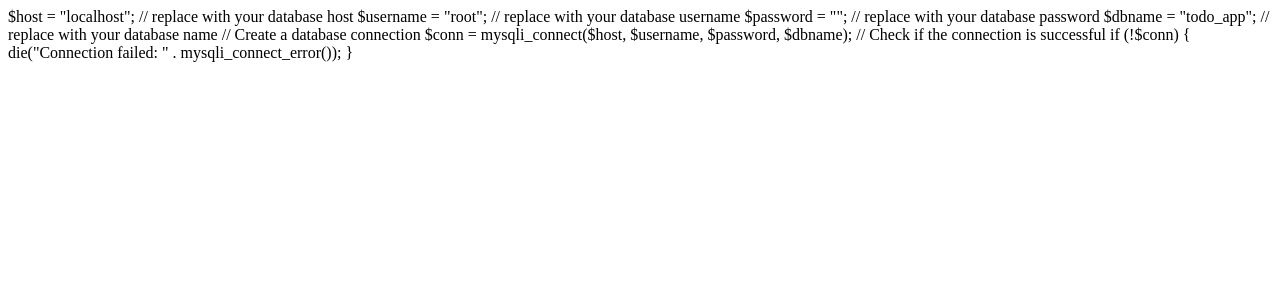
Repository: AvinashLikesToLearnNewStuff/TravelForm
Page: http://localhost/db_connect.php
These files come from the project's save history. The page is drawn as it stood at one moment and after the next save; the edit follows.
The browser window is 1280 px wide. The pictures show the whole page.
The page is run by PHP 8.4 with error messages shown; the project is at /var/www/html/.

Above is the page before, as saved 2023-03-17 11:18:48.

### db_connect.php
$host = "localhost"; // replace with your database host
$username = "root"; // replace with your database username
$password = ""; // replace with your database password
$dbname = "todo_app"; // replace with your database name

// Create a database connection
$conn = mysqli_connect($host, $username, $password, $dbname);

// Check if the connection is successful
if (!$conn) {
die("Connection failed: " . mysqli_connect_error());
}

After the next save:
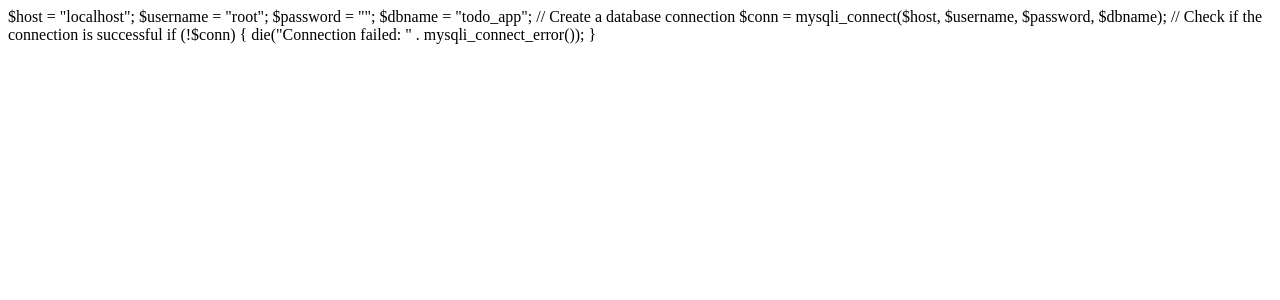
Saved 25 s later.
--- a/db_connect.php
+++ b/db_connect.php
@@ -1,7 +1,7 @@
-$host = "localhost"; // replace with your database host
-$username = "root"; // replace with your database username
-$password = ""; // replace with your database password
-$dbname = "todo_app"; // replace with your database name
+$host = "localhost";
+$username = "root";
+$password = "";
+$dbname = "todo_app";
 
 // Create a database connection
 $conn = mysqli_connect($host, $username, $password, $dbname);
